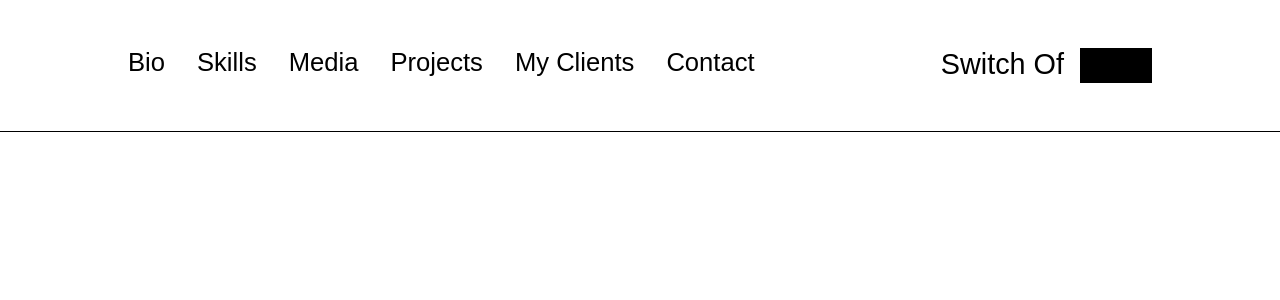
Repository: Eslam0Mohamed/portfolio
Page: index.html
The author's editor kept a copy of each file at every save. The page is drawn from the files as they stood at one save, then again after the next save.
The browser window is 1280 px wide. The pictures show the whole page.

Above is the page before, as saved 2024-07-13 16:31:32.

### index.html
<!DOCTYPE html>
<html lang="en">
<head>
    <meta charset="UTF-8">
    <meta name="viewport" content="width=device-width, initial-scale=1.0">
    <title>Eslam Mohamed</title>

    <link rel="preconnect" href="https://fonts.googleapis.com">
<link rel="preconnect" href="https://fonts.gstatic.com" crossorigin>
<link href="https://fonts.googleapis.com/css2?family=Raleway:ital,wght@0,100..900;1,100..900&display=swap" rel="stylesheet">
<link rel="preconnect" href="https://fonts.googleapis.com">
<link rel="preconnect" href="https://fonts.gstatic.com" crossorigin>
<link href="https://fonts.googleapis.com/css2?family=Poppins:ital,wght@0,100;0,200;0,300;0,400;0,500;0,600;0,700;0,800;0,900;1,100;1,200;1,300;1,400;1,500;1,600;1,700;1,800;1,900&family=Raleway:ital,wght@0,100..900;1,100..900&display=swap" rel="stylesheet">
<link rel="stylesheet" href="css/style.css">
</head>
<body>
    <div class="container">
        <header class="header">
            <nav class="navigation">
                <ul class="navigation__list">
                    <li><a href="" class="navigation__link">Bio</a></li>
                    <li><a href="" class="navigation__link">Skills</a></li>
                    <li><a href="" class="navigation__link">Media</a></li>
                    <li><a href="" class="navigation__link">Projects</a></li>
                    <li><a href="" class="navigation__link">My Clients</a></li>
                    <li><a href="" class="navigation__link">Contact</a></li>

                </ul>
            </nav>
            <div class="toggle">
                <h3 class="toggle__title">Switch Of</h3>
                <input type="checkbox" name="toggl checkbox" id="toggle" class="toggle__checkbox">
                <label for="toggle" class="toggle__label"></label>
            </div>
        </header>
    </div>
</body>
</html>

### css/style.css
:root {
    --container-width: 80vw;
    --boys: 2rem;
    --color-black: #000;
    --color-white: #fff;
    --color-blue: #2374e1;
    --color-light-blue: #1d9bf0;
    --color-dark-blue: #0a66c2;
    --color-darker-blue: #143ce8;
    --color-red: #ff0000;
    --color-green: #03a696;
    --color-grey: #f6f6f6;
    --color-dark-green: #42959b;
    --color-background: var(#ffffff);
    --color-text: var(#000000);
    --color-box-img: var(#000000);
    --color-link-bg: var(#000000);
    --color-input-border: var(#000000);
    --font-family-raleway: “Raleway“, sans-serif;
    --font-family-poppins: “Poppins“, sans-serif;
    --font-weight-regular: 400;
    --font-weight-medium: 500;
    --font-weight-semi-bold: 600;
    --font-weight-bold: 700;
    --font-size-70: 7rem;
    --font-size-65: 6.5rem;
    --font-size-40: 4rem;
    --font-size-38: 3.8rem;
    --font-size-24: 2.4rem;
    --font-size-22: 2.2rem;
    --font-size-18: 1.8rem;
    --font-size-20: 2rem;
    --font-size-15: 1.5rem;
    --transition-timing: 0.3s;
  }
*{
    padding: 0;
    margin: 0;
    box-sizing: border-box;
}
a{
    display: inline-block;
    font: inherit;

}
button{
    background-color: transparent;
    cursor: pointer;
    border: none;
}
ul,ol{
    list-style: none;
}

body{
    font-size: 1.6rem;
    font-family: var(--font-family-raleway);
    background-color: var(--color-background);
    color: var(--color-text);
}
.container{
    margin: 0 auto ;
    max-width: var(--container-width);
    /* background-color: #ff0000; */
}
.header{
    padding: 3rem 0;
    position: relative;
    display: flex;
    justify-content: center;
}
.header::before{
    content: "";
    height: 100%;
    width: 100vw;
    position: absolute;
    border-bottom: 0.1rem solid var(--color-black);
    top: 0;
    z-index: -1;
}
.navigation__list{
    display: flex;
    gap: 2rem;
}
.navigation__link:visited,
.navigation__link:link{
    text-decoration: none;
    font-weight: var(--font-weight-medium);
    color: var(--color-text);
}
.navigation__link:hover,
.navigation__link:active{
    text-decoration: underline;
    color: var(--color-text);
}
/* Start toggle */
.toggle{
    display: flex;
    gap: 1rem;
    margin-left: auto;
    /* justify-content: flex-end; */
}
.toggle__title{
    font-weight: var(--font-weight-medium);
    font-size: var(--font-size-18);
}
.toggle__checkbox{
    display: none;
}
.toggle__label{
    display: block;
    position: relative;
    width: 4.5rem;
    height: 2.2rem;
    background-color: var(--color-black);
    border-radius: ;
padding: 0.3rem 0.4rem;
transition: 0.3s;
cursor: pointer;}
/* End toggle  */

After the next save:
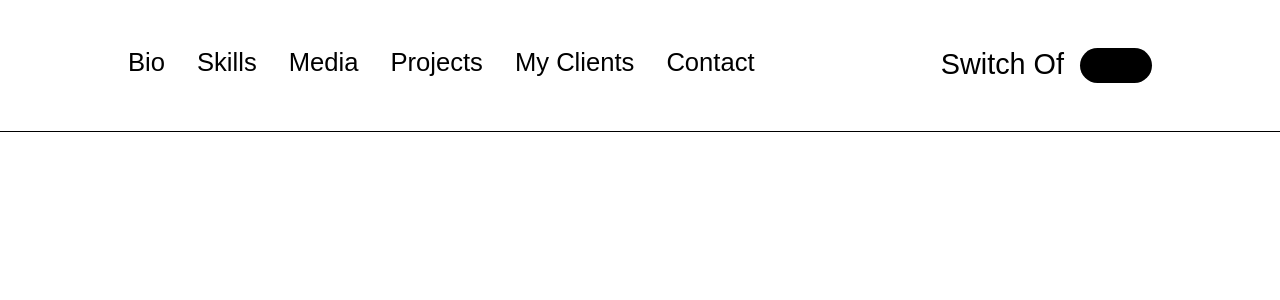
Saved 23 s later.
--- a/css/style.css
+++ b/css/style.css
@@ -113,7 +113,7 @@ body{
     width: 4.5rem;
     height: 2.2rem;
     background-color: var(--color-black);
-    border-radius: ;
+    border-radius:1.5rem ;
 padding: 0.3rem 0.4rem;
 transition: 0.3s;
 cursor: pointer;}
